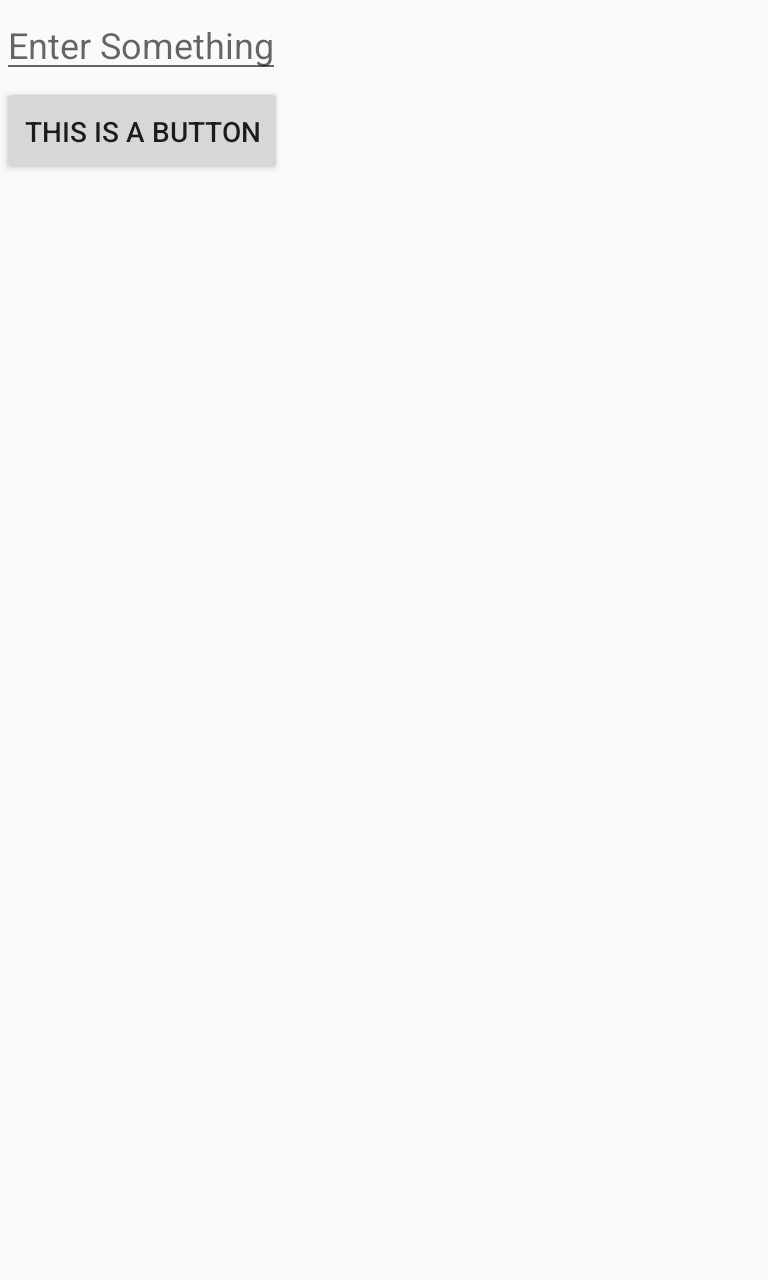
Repository: apoorvelec/AndroidApps
Layout: Calculator/res/layout/activity_main.xml
The author's editor kept a copy of each file at every save. The layout is drawn from the files as they stood at one save, then again after the next save.
It is drawn on a 768 x 1280 px phone screen (xhdpi) without system bars, with theme AppTheme; the app's code is not run.

Above is the layout before, as saved 2016-05-17 00:49:07.

### Calculator/res/layout/activity_main.xml
<?xml version="1.0" encoding="utf-8"?>
<LinearLayout xmlns:android="http://schemas.android.com/apk/res/android"
   android:layout_width="fill_parent"
   android:layout_height="fill_parent"
   android:orientation="vertical" >

   <EditText android:id="@+id/text"
      android:layout_width="wrap_content"
      android:layout_height="wrap_content"
      android:hint="Enter Something" />

   <Button android:id="@+id/button"
      android:layout_width="wrap_content"
      android:layout_height="wrap_content"
      android:text="This is a Button" />

   <!-- More GUI components go here  -->
   <LinearLayout android:layout_width="fill_parent"
   android:layout_height="10dp"
   android:orientation="horizontal" >
   	<Button android:id="@+id/button1"
      android:layout_width="wrap_content"
      android:layout_height="wrap_content"
      android:text="1" />
   	<Button android:id="@+id/button2"
      android:layout_width="wrap_content"
      android:layout_height="wrap_content"
      android:text="2" />
   	<Button android:id="@+id/button3"
      android:layout_width="wrap_content"
      android:layout_height="wrap_content"
      android:text="3" />
   </LinearLayout>

   <LinearLayout android:layout_width="fill_parent"
   android:layout_height="10dp"
   android:orientation="horizontal" >
   	<Button android:id="@+id/button4"
      android:layout_width="wrap_content"
      android:layout_height="wrap_content"
      android:text="4" />
   	<Button android:id="@+id/button5"
      android:layout_width="wrap_content"
      android:layout_height="wrap_content"
      android:text="5" />
   	<Button android:id="@+id/button6"
      android:layout_width="wrap_content"
      android:layout_height="wrap_content"
      android:text="6" />
   </LinearLayout>

   <LinearLayout android:layout_width="fill_parent"
   android:layout_height="10dp"
   android:orientation="horizontal" >
   	<Button android:id="@+id/button7"
      android:layout_width="wrap_content"
      android:layout_height="wrap_content"
      android:text="7" />
   	<Button android:id="@+id/button8"
      android:layout_width="wrap_content"
      android:layout_height="wrap_content"
      android:text="8" />
   	<Button android:id="@+id/button9"
      android:layout_width="wrap_content"
      android:layout_height="wrap_content"
      android:text="9" />
   </LinearLayout>

</LinearLayout>

Loaded but not shown: Calculator/res/values/styles.xml (common file); Calculator/res/values-v11/styles.xml (common file); Calculator/res/values-v14/styles.xml (common file)

After the next save:
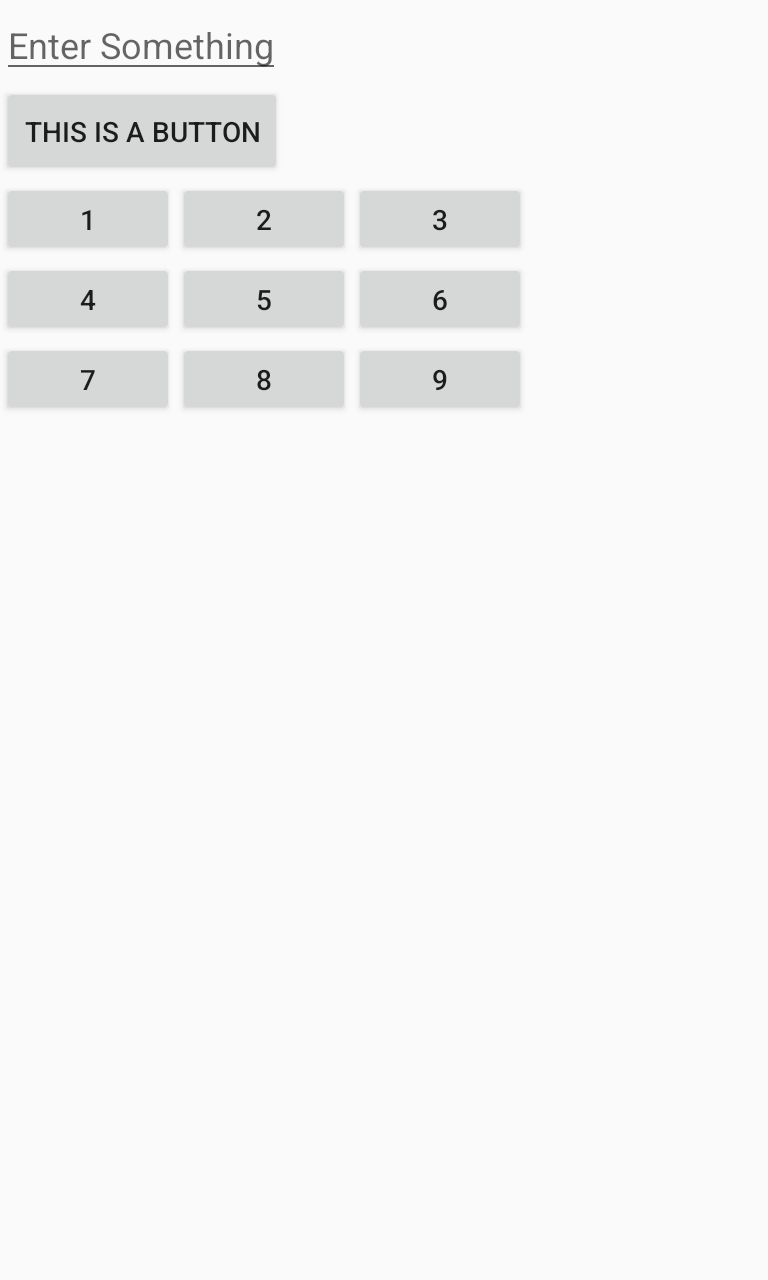
Saved 107 s later.
--- a/Calculator/res/layout/activity_main.xml
+++ b/Calculator/res/layout/activity_main.xml
@@ -16,7 +16,7 @@
 
    <!-- More GUI components go here  -->
    <LinearLayout android:layout_width="fill_parent"
-   android:layout_height="10dp"
+   android:layout_height="40dp"
    android:orientation="horizontal" >
    	<Button android:id="@+id/button1"
       android:layout_width="wrap_content"
@@ -33,7 +33,7 @@
    </LinearLayout>
 
    <LinearLayout android:layout_width="fill_parent"
-   android:layout_height="10dp"
+   android:layout_height="40dp"
    android:orientation="horizontal" >
    	<Button android:id="@+id/button4"
       android:layout_width="wrap_content"
@@ -50,7 +50,7 @@
    </LinearLayout>
 
    <LinearLayout android:layout_width="fill_parent"
-   android:layout_height="10dp"
+   android:layout_height="40dp"
    android:orientation="horizontal" >
    	<Button android:id="@+id/button7"
       android:layout_width="wrap_content"
